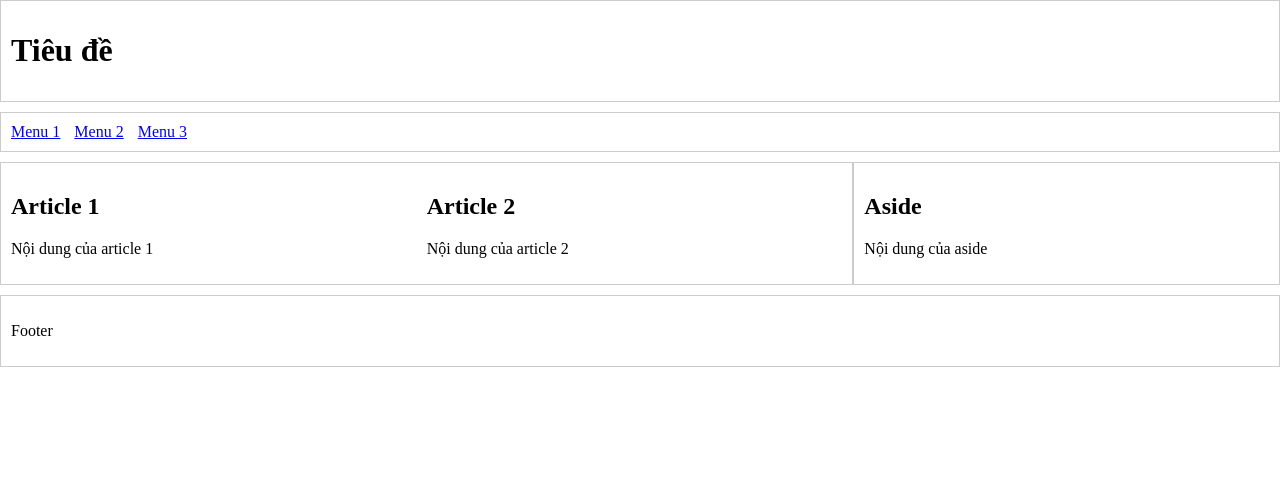
Repository: G1tHub-zer0/BTTH
Page: BTCSS/bai21.html
These files come from the project's save history. The page is drawn as it stood at one moment and after the next save; the edit follows.
The browser window is 1280 px wide. The pictures show the whole page.

Above is the page before, as saved 2024-03-22 20:29:52.

### BTCSS/bai21.html
<!DOCTYPE html>
<html lang='en'>

<head>
    <meta charset='UTF-8'>
    <meta http-equiv='X-UA-Compatible' content='IE=edge'>
    <meta name='viewport' content='width=device-width, initial-scale=1.0'>
    <link rel='stylesheet' href='bai21.css'>
    <title></title>
</head>

<body>
    <!-- Layout 1, 2, 3 -->
    <!-- <header>
        <h1>Title</h1>
    </header>
    <nav>
        <a href="#">Menu 1</a>
        <a href="#">Menu 2</a>
        <a href="#">Menu 3</a>
    </nav>
    <div class="container">
        <div class="sidebar">
            <h2>Nav</h2>
            <ul>
                <li><a href="#">Link 1</a></li>
                <li><a href="#">Link 2</a></li>
                <li><a href="#">Link 3</a></li>
            </ul>
        </div>
        <div class="content">
            <h2>Content</h2>
            <p>Lorem ipsum dolor sit amet, consectetur adipiscing elit. Sed sit amet lectus et justo eleifend ultricies.
            </p>
        </div>
        <section>
            <p>Section</p>
        </section>
    </div>
    <footer>
        <p>Footer</p>
    </footer> -->

    <!-- Layout 4, 5, 6 -->
    <header>
        <h1>Tiêu đề</h1>
    </header>
    <nav>
        <ul>
            <li><a href="#">Menu 1</a></li>
            <li><a href="#">Menu 2</a></li>
            <li><a href="#">Menu 3</a></li>
        </ul>
    </nav>
    <div class="container">
        <section class="main">
            <article>
                <h2>Article 1</h2>
                <p>Nội dung của article 1</p>
            </article>
            <article>
                <h2>Article 2</h2>
                <p>Nội dung của article 2</p>
            </article>
        </section>
        <aside>
            <h2>Aside</h2>
            <p>Nội dung của aside</p>
        </aside>
    </div>
    <footer>
        <p>Footer</p>
    </footer>

</body>

</html>

### BTCSS/bai21.css
body {
  margin: 0;
  padding: 0;
  box-sizing: border-box;
}
/* Layout 1, 2, 3 */
/* header,
nav,
section,
footer {
  padding: 20px;
  background-color: #333;
  color: #fff;
  text-align: center;
}

nav {
  display: flex;
  justify-content: space-between;
}
ul {
  list-style-type: none;
}

a {
  color: #fff;
  text-decoration: none;
  margin-right: 20px;
  color: blue;
}

nav a:hover {
  color: #ccc;
}
header {
  background-color: antiquewhite;
}
section {
  background-color: chartreuse;
}
footer {
  background-color: blue;
}

.container {
  display: grid;
  grid-template-columns: 1fr 3fr 1fr;
}

.content {
  flex: 2;
  background-color: #f0f0f0;
  padding: 20px;
}

.sidebar {
  flex: 1;
  background-color: #ccc;
  padding: 20px;
} */

/* Layout 4, 5, 6 */
header,
nav,
section,
aside,
footer {
  padding: 10px;
  border: 1px solid #ccc;
  margin-bottom: 10px;
}

nav ul {
  list-style-type: none;
  padding: 0;
  margin: 0;
}

nav ul li {
  display: inline;
  margin-right: 10px;
}

section.main {
  display: flex;
}

section.main article {
  width: 66.66%;
  margin-right: 10px;
}
.container {
  display: grid;
  grid-template-columns: 2fr 1fr;
}

After the next save:
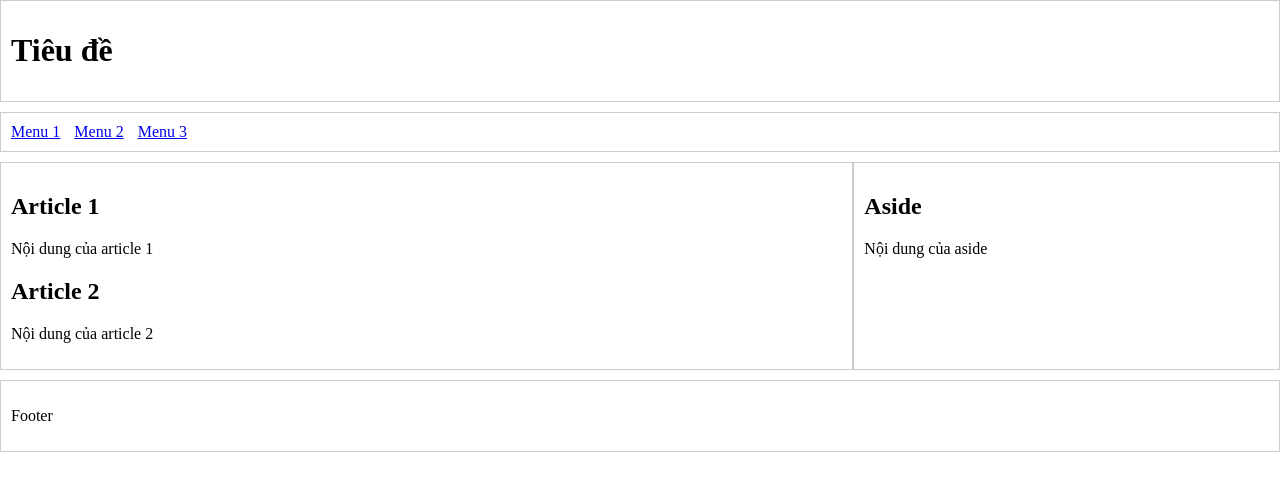
Saved 8 s later.
--- a/BTCSS/bai21.css
+++ b/BTCSS/bai21.css
@@ -81,14 +81,6 @@ nav ul li {
   margin-right: 10px;
 }
 
-section.main {
-  display: flex;
-}
-
-section.main article {
-  width: 66.66%;
-  margin-right: 10px;
-}
 .container {
   display: grid;
   grid-template-columns: 2fr 1fr;
